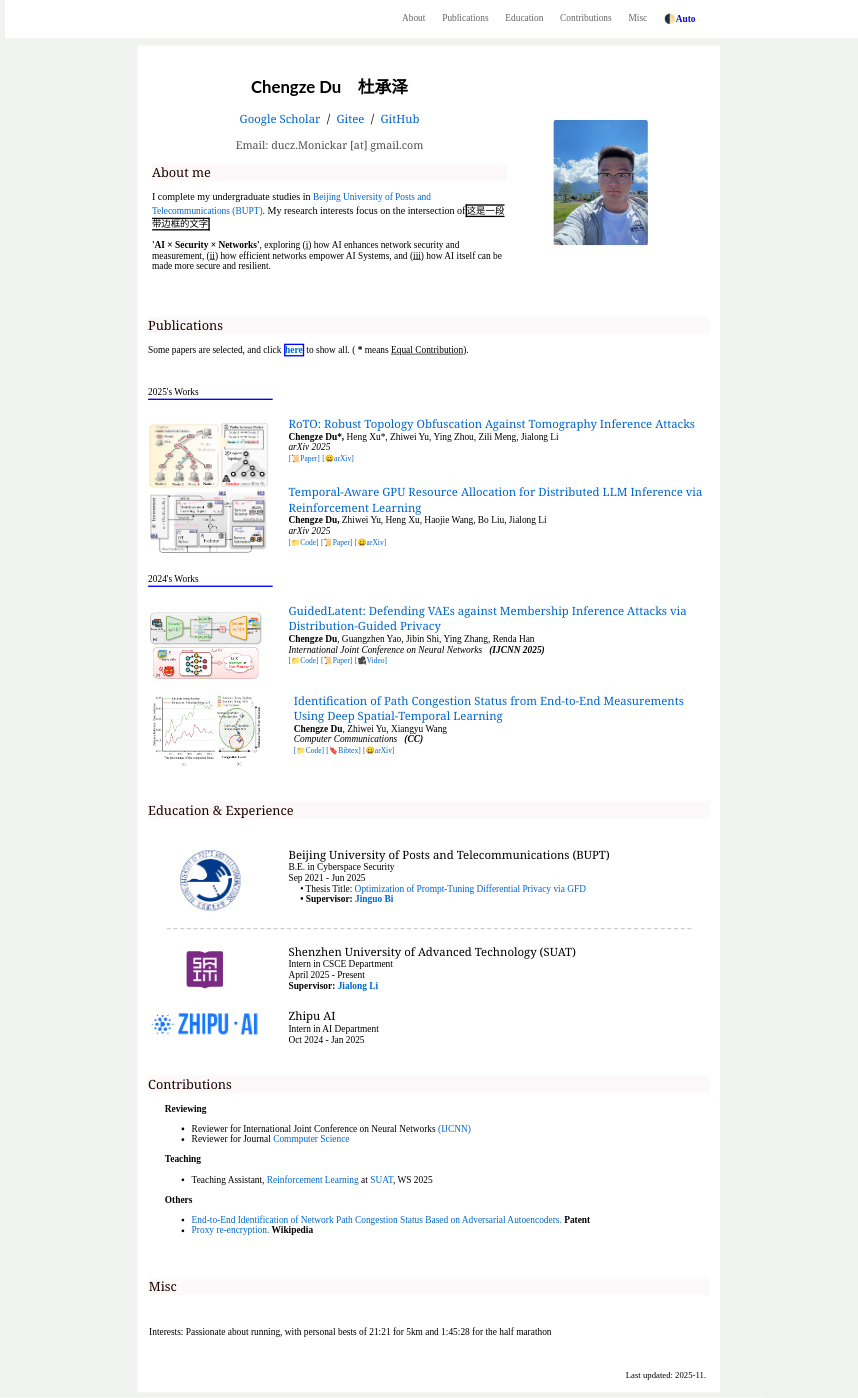
Repository: Monickar/Monickar.github.io
Page: index.html
An editor plug-in stored every save of this project. The page is shown before and after the next save, followed by the edit.
The browser window is 1280 px wide. The pictures show the whole page, at 67% of full size.

Above is the page before, as saved 2025-11-07 09:19:28.

### index.html
<!DOCTYPE HTML>
<html lang="en">
  <head>
    <meta http-equiv="Content-Type" content="text/html; charset=UTF-8">

    <title>Chengze's Homepage</title>

    <meta name="author" content="Chengze Du">
    <meta name="viewport" content="width=550px, initial-scale=1.0">
    <link rel="shortcut icon" href="./images/IMG_1936.JPG" type="image/x-icon" style="border-radius: 50%;"> <!-- 添加favicon 圆形-->
    <link rel="stylesheet" type="text/css" href="styles.css">
    <style>

      /* * {
        font-family: Cambria, Georgia, serif;

      } */
      * {
        font-size: 14px;

      }


    </style>
  </head>


  <body class="bodycolor">
    <!-- 导航栏 -->
    <nav class="navbar" >
      <div class="nav-container">
        <a href="#" class="nav-brand"> </a>
        <div class="nav-links">
          <a href="#about">About</a>
          <a href="#pub">Publications</a>
          <a href="#education">Education</a>
          <a href="#contributions">Contributions</a>
          <a href="#misc">Misc</a>
          <a id="darkToggle" style="color: rgb(12, 12, 193); font-weight: bolder;">Mode🌓</a>

        </div>
      </div>
    </nav>

    <!-- 原有内容开始 -->
    <table id="about" style="width:100%; background:#FFFFFF; max-width:870px;border:0px;border-spacing:0px;border-collapse:separate;margin-right:auto;margin-left:auto;"><tbody>
      <tr style="padding:0px">
        <td style="padding:0px">
          <table style="width:100%;border:0px;border-spacing:0px;border-collapse:separate;margin-right:auto;margin-left:auto;"><tbody>
            <tr style="padding:0px">
              <td style="padding:2.5%;width:60%;vertical-align:middle">

                <p class="name" style="text-align: center; font-size: 25px;">
                  Chengze Du &ensp;  杜承泽
                </p>

                <p style="text-align:center; font-size: 18px; font-family: Georgia">
                  <a href="https://scholar.google.com/citations?hl=zh-CN&user=y4ty-f4AAAAJ" class="papertitle">Google Scholar</a> &nbsp;/&nbsp;
                  <a href="https://gitee.com/monickar" class="papertitle">Gitee</a> &nbsp;/&nbsp;
                  <a href="https://github.com/Monickar" class="papertitle">GitHub</a>
                </p>

                <p style="text-align:center; font-size: 16px; font-family: Cambria; color: rgb(80, 80, 80);">
                Email: ducz.Monickar [at] gmail.com
                </p>
                <h2 class="subtitle">About me</h2>

                <p style="font-size: 15px;"> I complete my undergraduate studies in <a href="https://www.bupt.edu.cn/">Beijing University of Posts and Telecommunications (BUPT)</a>.
                  My research interests focus on the intersection of<span class="bordered-text">这是一段带边框的文字</p> <strong>'AI <strong>×</strong> Security <strong>×</strong> Networks'</strong>, exploring (<u>i</u>) how AI enhances network security and measurement, (<u>ii</u>) how efficient networks empower AI Systems, and (<u>iii</u>) how AI itself can be made more secure and resilient.

                </p>
              </td>
              <td style="padding:5.5%; width:31%; max-width:37%; padding-top:10%;">
                <a href="https://ccfddl.com/"><img style="width:70%; max-width:70%;object-fit: cover; border-radius: 2%;" alt="profile photo" src="images/chengze.jpg" class="hoverZoomLink"></a>
              </td>
            </tr>
          </tbody></table>


      <table id="pub" style="width:100%;border:0px;border-spacing:0px;border-collapse:separate;margin-right:auto;margin-left:auto;"><tbody>
          <tr>
          <td style="padding:16px;width:100%;vertical-align:middle">
            <h2 class="subtitle">Publications</h2>
            <p>
             Some papers are selected, and click <strong><a href="FullPaperList.html" class="text-with-border">here</a></strong> to show all.
              ( <strong>*</strong> means <u>Equal Contribution</u>).
            </p>
             <!-- Some works are <span class="highlight">highlighted</span>.  -->
          </td>
        </tr>
      </tbody></table>
      <table style="width:100%;border:0px;border-spacing:0px;border-collapse:separate;margin-right:auto;margin-left:auto;"><tbody>


      <!-- 2025 分隔符 -->
      <td style="padding:16px; width:25%; vertical-align:middle; margin-top: 2px;">
        <span class="year">2025's Works</span>
        <div style="height: 2px; background-color: blue; margin-top: 2px;"></div>
      </td>

      <tr >
        <td style="padding:16px;width:25%;vertical-align:top">
          <div class="one">
            <img src="images/RoTO-1.png" class="top" alt="SecureNT alternate" width="180" height="100">
            <img src="images/RoTO-2.png" class="bottom" alt="SecureNT" style="width:180px; height:65px;">
          </div>
        </td>
        <td style="padding:8px;width:80%; vertical-align:top">
          <a href="https://arxiv.org/abs/2508.12852">
        <span class="papertitle">RoTO: Robust Topology Obfuscation Against Tomography Inference Attacks</span>
          </a>
          <br>
          <strong>Chengze Du*,</strong>
          Heng Xu*,
          Zhiwei Yu,
          Ying Zhou,
          Zili Meng,
          Jialong Li

          <br>
          <em>arXiv  2025</em>
          <br>
          <!-- <a href="" style="font-size: 0.8em;">[📁Code]</a> -->
          <a href="https://arxiv.org/pdf/2508.12852" style="font-size: 0.8em;">[📜Paper]</a>
          <a href="https://arxiv.org/abs/2508.12852" style="font-size: 0.8em;">[😀arXiv]</a>
          <p></p>
        </td>
      </tr>



      <tr >
        <td style="padding:16px;width:20%;vertical-align:top">
          <div class="one">
            <img src="images/gpu_infer_component.png" class="top" alt="SecureNT alternate" width="180" height="100">
            <img src="images/tcc_intro.png" class="bottom" alt="SecureNT" style="width:180px; height:90px;">
          </div>
        </td>
        <td style="padding:8px;width:80%; vertical-align:middle">
          <a href="https://arxiv.org/abs/2507.10259">
        <span class="papertitle">Temporal-Aware GPU Resource Allocation for Distributed LLM Inference via Reinforcement Learning</span>
          </a>
          <br>
          <strong>Chengze Du,</strong>
          Zhiwei Yu,
          Heng Xu,
          Haojie Wang,
          Bo Liu,
          Jialong Li

          <br>
          <em>arXiv  2025</em>
          <br>
          <a href="https://gitee.com/Monickar/OT4GpuInference" style="font-size: 0.8em;">[📁Code]</a>
          <a href="https://arxiv.org/pdf/2507.10259" style="font-size: 0.8em;">[📜Paper]</a>
          <a href="https://arxiv.org/abs/2507.10259" style="font-size: 0.8em;">[😀arXiv]</a>
          <p></p>

        </td>
      </tr>


      <!-- 2024 分隔符 -->
      <td style="padding:16px; width:20%; vertical-align:middle; margin-top: 2px;">
        <span class="year">2024's Works</span>
        <div style="height: 2px; background-color: blue; margin-top: 2px;"></div>
      </td>

      <tr >
        <td style="padding:16px;width:20%;vertical-align:top">
          <div class="one">
            <img src="images/anti-vae.png" class="top" alt="SecureNT alternate" width="170" height="110">
            <img src="images/vae-anti-mia.png" class="bottom" alt="SecureNT" style="width:170px; height:85px;">
          </div>
        </td>
        <td style="padding:8px;width:80%; vertical-align:top">
          <a href="">
        <span class="papertitle">GuidedLatent: Defending VAEs against Membership Inference Attacks via Distribution-Guided Privacy
          </a>
          <br>
          <strong>Chengze Du</strong>,
                  Guangzhen Yao,
                  Jibin Shi,
                  Ying Zhang,
                  Renda Han
          <br>
          <em>International Joint Conference on Neural Networks <strong>&nbsp (IJCNN 2025)</strong></em>
          <br>
          <a href="https://anonymous.4open.science/r/VAE-Anti-MIA-DB1A/README.md" style="font-size: 0.8em;">[📁Code]</a>
          <a href="./files/IJCNN_2025.pdf" style="font-size: 0.8em;">[📜Paper]</a>
          <!-- <a href="./files/" style="font-size: 0.8em;">[😀arXiv]</a> -->
          <a href="https://vimeo.com/1095995168" style="font-size: 0.8em;">[🎥Video]</a>
          <!-- <a href="https://arxiv.org/abs/2412.10762" style="font-size: 0.8em;">[📄Poster]</a> -->
          <br>
          <br>
        </td>
      </tr>




    <tr>
      <td style="padding:16px;width:20%;vertical-align:top">
          <div class="one">
            <img src="images/CC_1.png" class="top" alt="SecureNT alternate" width="170" height="110">
            <img src="images/AAE-LSTM.png" class="bottom" alt="SecureNT" style="width:170px; height:110px;">
          </div>
      </td>
      <td style="padding:16px;width:70%;vertical-align:top">
        <a href="https://www.sciencedirect.com/science/article/pii/S0140366425001513">
          <span class="papertitle">Identification of Path Congestion Status from End-to-End Measurements Using Deep Spatial-Temporal Learning</span>
        </a>
        <br>
        <strong>Chengze Du</strong>,
        Zhiwei Yu, Xiangyu Wang
        <br>
        <em>Computer Communications  &nbsp <strong>(CC)</strong> </em>
        <br>
        <a href="https://github.com/Monickar/ACS" style="font-size: 0.8em;">[📁Code]</a>
        <a href="./Bibtex/CC_NT_2025.txt" style="font-size: 0.8em;">[🔖Bibtex]</a>
        <a href="https://arxiv.org/abs/2412.10762" style="font-size: 0.8em;">[😀arXiv]</a>
      </td>
    </tr>

          </tbody></table>

          <table style="width:100%;border:0px;border-spacing:0px;border-collapse:separate;margin-right:auto;margin-left:auto;"><tbody>
            <tr>
            <td style="padding:16px;width:100%;vertical-align:middle">
              <h2 class="subtitle">Education & Experience</h2>
            </td>
          </tr>
        </tbody></table>

        <!-- 教育经历 -->
        <table id="education" style="width:100%;border:0px;border-spacing:0px;border-collapse:separate;margin-right:auto;margin-left:auto;"><tbody>

          <tr>
            <td style="padding:16px;width:25%;vertical-align:middle"> <!-- 图片设置为居中 -->
              <img src="images/bupt-logo-1.png" alt="BUPT" width="90" style="display: block; margin: 0 auto;">
            </td>
            <td style="padding:8px;width:75%;vertical-align:middle">
              <span class="papertitle">Beijing University of Posts and Telecommunications (BUPT)</span>
              <br>
              B.E. in Cyberspace Security
              <br>
              Sep 2021 - Jun 2025
              <br>
                &emsp; • Thesis Title:
                 <color="#1772D0"> <a href="https://gitee.com/Monickar/Bachelor_Thesis" >  Optimization of Prompt-Tuning Differential Privacy via GFD</a> </font>
              <br>
              <strong>
                &emsp; • Supervisor: <a href="https://scss.bupt.edu.cn/info/1063/3984.htm">Jinguo Bi</a>
              </strong>
              <p></p>
            </td>

          </tr>

          <!-- 添加虚线分隔符 -->
          <tr>
            <td colspan="2" style="padding: 10px 0">
              <div style="border-top: 2px dashed #ccc; width: 90%; margin: 0 auto;"></div>
            </td>
          </tr>

          <tr>
            <td style="padding:16px 16px 8px 16px;width:20%;vertical-align:middle">
              <img src="images/suat-logo.png" alt="Internship" width="170">
            </td>
            <td style="padding:4px 8px 4px 8px;width:80%;vertical-align:middle">
              <span class="papertitle">Shenzhen University of Advanced Technology (SUAT) </span>
              <br>
              Intern in CSCE Department
              <br>
              April 2025 - Present
              <br>
              <strong>Supervisor: <a href="https://franklee94.github.io/index.html">Jialong Li</a></strong>
            </td>
          </tr>

          <tr>
            <td style="padding:16px;width:20%;vertical-align:middle">
              <img src="images/Zhipu_AI.png" alt="Internship" width="170">
            </td>
            <td style="padding:8px;width:80%;vertical-align:middle">
              <span class="papertitle"> Zhipu AI</span>
              <br>
              Intern in AI Department
              <br>
              Oct 2024 - Jan 2025
          </tr>

        </tbody></table>

 <!-- 专利 -->

 <table id="contributions" style="width:100%;border:0px;border-spacing:0px;border-collapse:separate;margin-right:auto;margin-left:auto;"><tbody>
  <tr>
    <td style="padding:16px; width:100%; vertical-align:middle">
      <h2 class="subtitle">Contributions</h2>

      <div style="padding-left: 25px;">
        <h3>Reviewing</h3>
        <ul>
          <li>Reviewer for International Joint Conference on Neural Networks <a href="https://ijcnn2024.org/">(IJCNN) </a>  </li>
          <li>Reviewer for Journal <a href="https://www.jsjkx.com/EN/1002-137X/home.shtml"> Commputer Science </a>  </li>
        </ul>
      </div>

      <div style="padding-left: 25px;">
        <h3>Teaching</h3>
        <ul>
          <li>Teaching Assistant,<a href=""> Reinforcement Learning </a> at <a href="https://suat-sz.edu.cn/en/">SUAT</a>, WS 2025</li>

        </ul>
      </div>


      <div style="padding-left: 25px;">

        <h3>  Others</h3>
      <ul>
        <li> <a href="https://patentimages.storage.googleapis.com/00/00/00/0000000000000000000000000000000000000000000000000000000000000000.pdf"> End-to-End Identification of Network Path Congestion Status
          Based on Adversarial Autoencoders.</a> <strong>Patent</strong></li>
        <li><a href="https://zh.wikipedia.org/wiki/%E4%BB%A3%E7%90%86%E9%87%8D%E5%8A%A0%E5%AF%86">Proxy re-encryption.</a> <strong>Wikipedia</strong></li>
      </ul>
      </div>






    </td>
  </tr>
</tbody></table>



		<table style="width:100%; margin:0 auto; border:0; border-spacing:0; padding:16px;"><tbody>
            <tr>
              <td>
                <h2 class="subtitle">Misc</h2>
              </td>
            </tr>
          </tbody></table>
          <table id="misc" style="width:100%;border:0px;border-spacing:0px;border-collapse:separate;margin-right:auto;margin-left:auto;"><tbody>

        <!-- 其他内容 : Interests: Passionate about running, with personal bests of 21:21 for 5km and 1:45:28 for the half marathon-->
        <p>&emsp; Interests: Passionate about running, with personal bests of 21:21 for 5km and 1:45:28 for the half marathon</p>

          </tbody></table>
          <table style="width:100%; border:5px;border-spacing:0px;border-collapse:separate;margin-right:auto;margin-left:auto;"><tbody>
            <tr>
              <td style="padding:5px">
                <br>
                <p style="text-align:right;font-size:small;">
                  Last updated: 2025-11. &emsp;
                </p>
              </td>
            </tr>
          </tbody></table>


        </td>
      </tr>
    </table>

    <script>
    const btn = document.getElementById('darkToggle');
    const mode = localStorage.getItem('mode') || 'auto'; // 'auto', 'dark', 'light'

    function isDarkTime() {
      const hour = new Date().getHours();
      return hour >= 18 || hour < 6; // 20:00-6:00: dark time
    }

    function applyTheme() {
      const shouldBeDark = mode === 'dark' || (mode === 'auto' && isDarkTime());
      document.body.classList.toggle('dark', shouldBeDark);


      if (mode === 'auto') {
        btn.textContent = '🌓Auto';
        btn.title = 'Turn Dark';
      } else {
        btn.textContent = shouldBeDark ? '🌓Dark' : '🌓Light';
        btn.title = shouldBeDark ? 'Turn Light' : 'Turn Auto';
      }
    }

    btn.onclick = () => {
      const modes = ['light', 'auto', 'dark'];
      const idx = modes.indexOf(mode);
      const newMode = modes[(idx + 1) % 3];
      localStorage.setItem('mode', newMode);
      location.reload(); // 简单刷新应用新模式
    };

    applyTheme();
    // 每分钟检查一次时间（仅在自动模式下有用）
    if (mode === 'auto') setInterval(applyTheme, 1000000);
    </script>


  </body>
</html>

### styles.css
.name {
  padding-top: 20px;
  margin: 0;
  font-family: 'Lato', Cambria, Georgia, serif;
  font-size: 10px;
  font-weight: bold;
}

.papertitle {
  font-family: Cambria, Georgia, Helvetica, sans-serif;
  font-size: 17px;
  font-weight: 550;
}

.subtitle {
  font-family:  Georgia, Helvetica, sans-serif;
  font-size: 19px;
  font-weight: 550;
  color: #1e0202;
  background-color: rgb(253, 248, 249)
}

.bodycolor {
  background-color: #e7eae590;
}

a {
    color: #0066cc; /* 设置链接颜色为蓝色 */
    text-decoration: none;
}

a:focus,

a:hover {
    text-decoration: underline;
    color: #f09228;
}

.text-with-border {
border: 2px solid blue; /* 边框宽度为 2px，样式为实线，颜色为蓝色 */
}
/* 导航栏样式 */
.navbar {
  background-color: #ffffff;
  padding: 15px 0;
  border-bottom: 1px solid #eee;
  position: fixed;
  top: 0;
  width: 100%;
  z-index: 1000;
}

.nav-container {
  max-width: 800px;
  margin: 0 auto;
  display: flex;
  justify-content: space-between;
  align-items: center;
}

.nav-brand {
  font-size: 1.5em;
  font-weight: bold;
  color: #333;
  text-decoration: none;
}

.nav-links {
  display: flex;
  gap: 20px;
}

.nav-links a {
  color: #666;
  text-decoration: none;
  padding: 5px 10px;
  transition: color 0.3s ease;
}

.nav-links a:hover {
  color: #1772D0;
}

/* 为了防止内容被导航栏遮挡 */
body {
  padding-top: 60px;
}

/* 修改图片切换相关的样式 */
.one {
  position: relative;
  display: inline-block;
}

.one img {
  position: absolute;
  left: 0;
  top: 0;
  transition: opacity 0.2s ease-in-out;
}

.one img.bottom {
  z-index: 1;
  position: relative;
}

.one img.top {
  z-index: 2;
}

.one:hover img.top {
  opacity: 0;
}

.hidden-link {
  color: inherit;
  text-decoration: none;
  cursor: default;
}

.hidden-link:hover {
  color: inherit;
  text-decoration: none;
}

body {
  font-size: 15px; /* 默认大小，可修改为所需值 */
}

body.dark {
  background: #1a1a1a !important;
  color: #e0e0e0 !important;
}

body.dark .navbar,
body.dark table {
  background: #2d2d2d !important;
}

body.dark a {
  color: #66b3ff !important;
}

body.dark .nav-links a {
  color: #b0b0b0 !important;
}

body.dark .nav-links a:hover {
  color: #66b3ff !important;
}

body.dark .papertitle {
  color: #66b3ff !important;
}

body.dark .year {
  color: #66b3ff !important;
}

body.dark .subtitle {
  color: #eae4e4 !important;
  background-color: #3a3a3a !important;
}

.navbar {
  width: 100%; /* 占满屏幕宽度 */
}
.nav-container {
  display: flex;
  justify-content: space-between; /* 内容左右分布 */
  align-items: center;

}

.nav-links {
  display: flex;
  gap: 5px; /* 链接间添加间隔 */
}

.bordered-text {
  border: 2px solid #000; /* 2px 粗细, 实线, 黑色 */
}

After the next save:
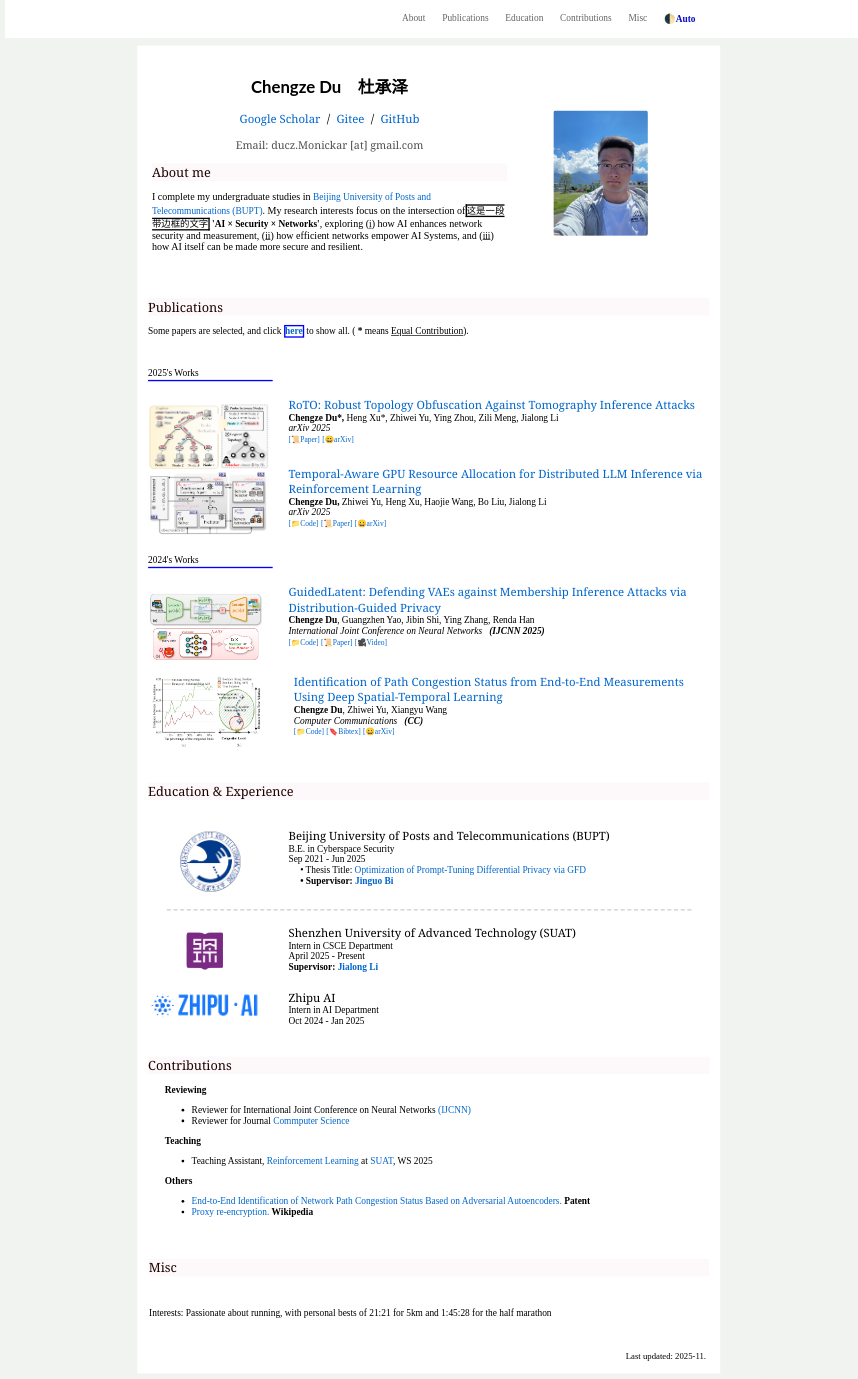
Saved 4 s later.
--- a/index.html
+++ b/index.html
@@ -66,7 +66,7 @@
                 <h2 class="subtitle">About me</h2>
 
                 <p style="font-size: 15px;"> I complete my undergraduate studies in <a href="https://www.bupt.edu.cn/">Beijing University of Posts and Telecommunications (BUPT)</a>.
-                  My research interests focus on the intersection of<span class="bordered-text">这是一段带边框的文字</p> <strong>'AI <strong>×</strong> Security <strong>×</strong> Networks'</strong>, exploring (<u>i</u>) how AI enhances network security and measurement, (<u>ii</u>) how efficient networks empower AI Systems, and (<u>iii</u>) how AI itself can be made more secure and resilient.
+                  My research interests focus on the intersection of<span class="bordered-text">这是一段带边框的文字</span> <strong>'AI <strong>×</strong> Security <strong>×</strong> Networks'</strong>, exploring (<u>i</u>) how AI enhances network security and measurement, (<u>ii</u>) how efficient networks empower AI Systems, and (<u>iii</u>) how AI itself can be made more secure and resilient.
 
                 </p>
               </td>
